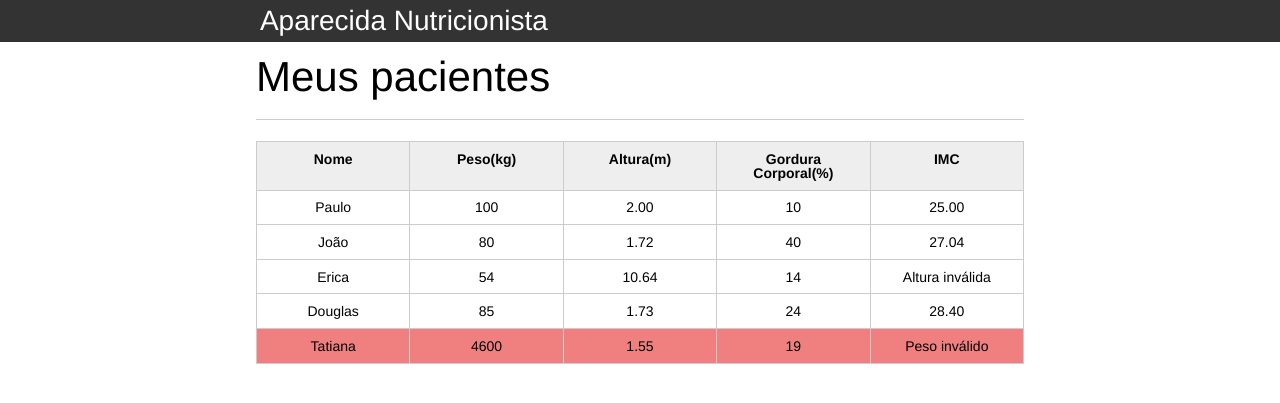
Repository: prof-fernando-alves/introducao-javascript
Page: index.html
The author's editor kept a copy of each file at every save. The page is drawn from the files as they stood at one save, then again after the next save.
The browser window is 1280 px wide. The pictures show the whole page.

Above is the page before, as saved 2021-09-14 14:41:40.

### index.html
<!DOCTYPE html>
<html lang="pt-br">
	<head>
		<meta charset="UTF-8">
		<title>Aparecida Nutrição</title>
		<link rel="icon" href="favicon.ico" type="image/x-icon">
		<link rel="stylesheet" type="text/css" href="css/reset.css">
		<link rel="stylesheet" type="text/css" href="css/index.css">

	</head>
	<body>

		<header>
			<div class="container">
				<h2 class="titulo">Aparecida Nutrição</h2>
			</div>
		</header>
		<main>
			<section class="container">
				<h2>Meus pacientes</h2>
				<table>
					<thead>
						<tr>
							<th>Nome</th>
							<th>Peso(kg)</th>
							<th>Altura(m)</th>
							<th>Gordura Corporal(%)</th>
							<th>IMC</th>
						</tr>
					</thead>
					<tbody id="tabela-pacientes">
						<tr class="paciente" id="primeiro-paciente">
							<td class="info-nome">Paulo</td>
							<td class="info-peso">100</td>
							<td class="info-altura">2.00</td>
							<td class="info-gordura">10</td>
							<td class="info-imc">0</td>
						</tr>

						<tr class="paciente" >
							<td class="info-nome">João</td>
							<td class="info-peso">80</td>
							<td class="info-altura">1.72</td>
							<td class="info-gordura">40</td>
							<td class="info-imc">0</td>
						</tr>

						<tr class="paciente" >
							<td class="info-nome">Erica</td>
							<td class="info-peso">54</td>
							<td class="info-altura">10.64</td>
							<td class="info-gordura">14</td>
							<td class="info-imc">0</td>
						</tr>

						<tr class="paciente">
							<td class="info-nome">Douglas</td>
							<td class="info-peso">85</td>
							<td class="info-altura">1.73</td>
							<td class="info-gordura">24</td>
							<td class="info-imc">0</td>
						</tr>
						<tr class="paciente" >
							<td class="info-nome">Tatiana</td>
							<td class="info-peso">4600</td>
							<td class="info-altura">1.55</td>
							<td class="info-gordura">19</td>
							<td class="info-imc">0</td>
						</tr>
					</tbody>
				</table>

			</section>
		</main>

		<script src="js/principal.js" ></script>

	</body>
</html>

### css/index.css
*{
	box-sizing: border-box;
 }

body{
	font-family: "Helvetica Neue", "Helvetica", Helvetica, Arial, sans-serif;
	font-size: 14px;
}

header{
	background-color: #333;
	height: 3em;
	color: #FFF;
	margin-bottom: 1em;
}

header h1{
	font-size: 2em;
	display:inline-block;
	vertical-align:	middle;
}
header h2{
	font-size: 2em;
	display:inline-block;
	vertical-align:	middle;
}

header .container:before{
	content: '';
	display:inline-block;
	height: 100%;
	vertical-align:	middle;
}

.container{
	width: 60%;
	height: 100%;
	margin: 0 auto;
}

section{
	margin: 2em 0;
	overflow: hidden;
}

section h2{
	font-size: 3em;
	display: block;
	padding-bottom: .5em;
	border-bottom: 1px solid #ccc;
	margin-bottom: .5em;
}

table{
	width: 100%;
	margin-bottom : .5em;
    table-layout: fixed;

}

td, th {
	padding: .7em;
	margin: 0;
	border: 1px solid #ccc;
	text-align: center;
}

th{
	font-weight: bold;
	background-color: #EEE;
}

label{
	color: #555;
	display: block;
	margin-bottom: .2em;
}

.campo{
	margin: 0;
	padding-bottom: 1em;
	width: 100%;
	border: 1px solid #ccc;
	padding: .7em;
	width: 100%;
}

.campo-medio{
	display: inline-block;
	padding-right: .5em;
}

.grupo{
	width: 32%;
	display: inline-block;
	padding: 10px 0px;
}

button{
	padding: .5em 2em;
	border: 0;
	border-bottom: 3px solid;
	font-size: 1.2em;
	cursor: pointer;
	margin: 0;
	margin-top: -3px;
	color: #fff;
	background-color:#0c8cd3;
	border-color: #04324c;
	width: 20%;
    display: block;
    clear: both;
    margin: 10px 0px;

}

button:active{
	margin-top:0px;
	border: 0;
}

button[disabled=disabled], button:disabled {
    background-color: gray;
	border-color: darkgray;

}

.adicionar-paciente{
    margin-top: 30px;
}

.campo-invalido{
	border: 1px solid red;
}

.paciente-invalido{
	background-color: lightcoral;
}

### js/principal.js
var titulo = document.querySelector(".titulo");
titulo.textContent = "Aparecida Nutricionista";

var pacientes = document.querySelectorAll(".paciente");

for (var i=0; i < pacientes.length; i++){
        var paciente = pacientes[i]

        var tdPeso = paciente.querySelector(".info-peso");
        var peso = tdPeso.textContent;

        var tdAltura = paciente.querySelector(".info-altura");
        var altura = tdAltura.textContent;

        var tdImc = paciente.querySelector(".info-imc");

        var pesoEhValido = true;
        var alturaEhValida = true;

        if (peso <= 0 || peso >= 1000) {
            console.log("Peso inválido!");
            pesoEhValido = false;
            tdImc.textContent = "Peso inválido";
            paciente.classList.add("paciente-invalido")
        }

        if (altura <= 0 || altura >= 3.00) {
            console.log("Altura inválida!");
            alturaEhValida = false;
            tdImc.textContent = "Altura inválida";

        }

        if (pesoEhValido && alturaEhValida) {
            var imc = peso / (altura * altura);
            tdImc.textContent = imc.toFixed(2);
}
}

Loaded but not shown: css/reset.css (common file)

After the next save:
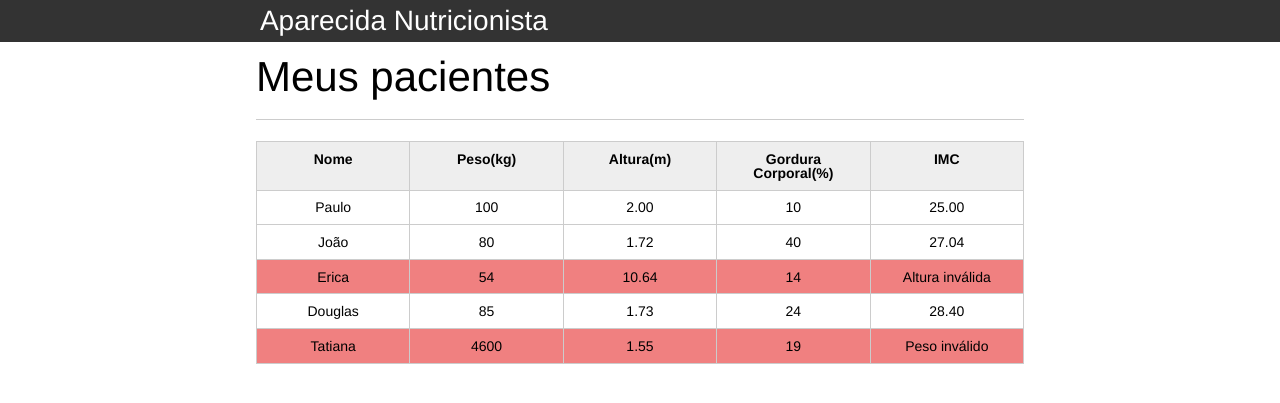
Saved 9 s later.
--- a/js/principal.js
+++ b/js/principal.js
@@ -28,6 +28,7 @@ for (var i=0; i < pacientes.length; i++){
             console.log("Altura inválida!");
             alturaEhValida = false;
             tdImc.textContent = "Altura inválida";
+            paciente.classList.add("paciente-invalido")
 
         }
 
